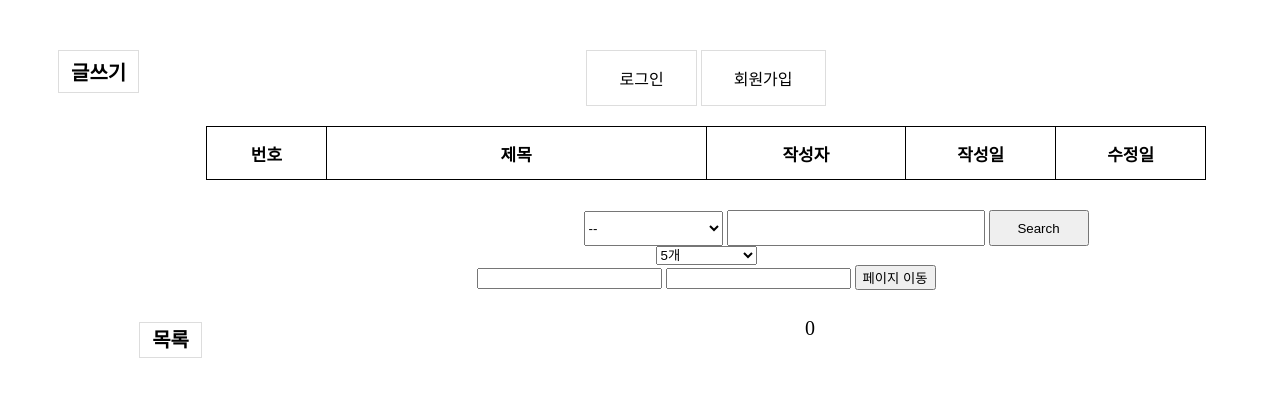
Repository: Shim-YoungDo/gaea-study
Page: http://localhost/study/WEB-INF/views/board/list.jsp
The author's editor kept a copy of each file at every save. The page is drawn from the files as they stood at one save, then again after the next save.
The browser window is 1280 px wide. The pictures show the whole page.
The page is served by Tomcat 9. Nobody is signed in. The template is opened directly, without the code that normally fills it, so the values that code supplies are empty.

Above is the page before, as saved 2021-12-13 07:54:51.

After the next save:
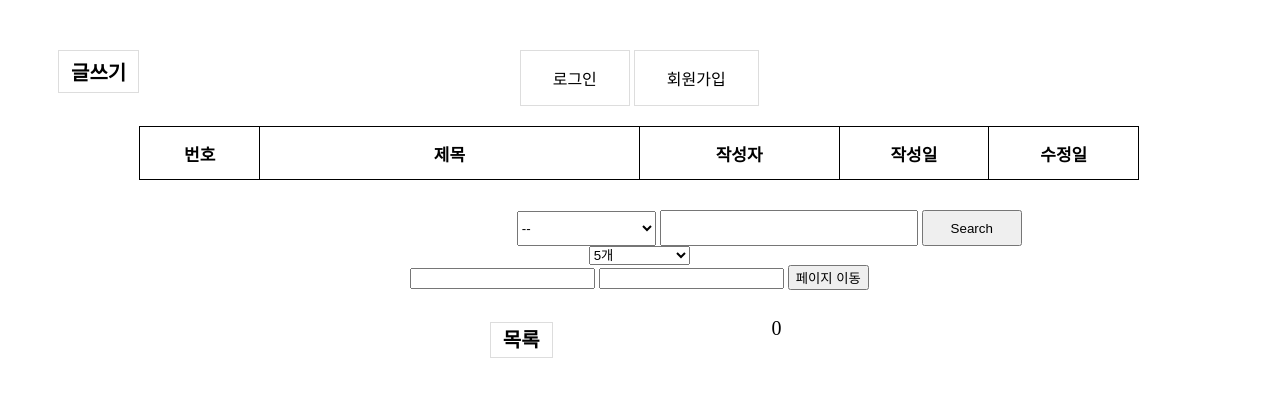
Saved 6 min 23 s later.
--- a/study/src/main/webapp/WEB-INF/views/board/list.jsp
+++ b/study/src/main/webapp/WEB-INF/views/board/list.jsp
@@ -15,7 +15,6 @@
 <body>
 	<div class="table_wrap">
 		<a href="/board/registeView" class="enroll_btn">글쓰기</a>
-		<a href="/board/list" class="list_btn">목록</a>
 		<div class="login_area">
 		<!-- 로그인 x -->
 		<c:if test="${member==null}">
@@ -107,6 +106,7 @@
 
 		<div class="pageInfo_wrap">
 			<div class="pageInfo_area">
+			<a href="/board/list" class="list_btn">목록</a>
 				<ul id="pageInfo" class="pageInfo">
 
 					<!-- 이전페이지 버튼 -->

After the save that followed:
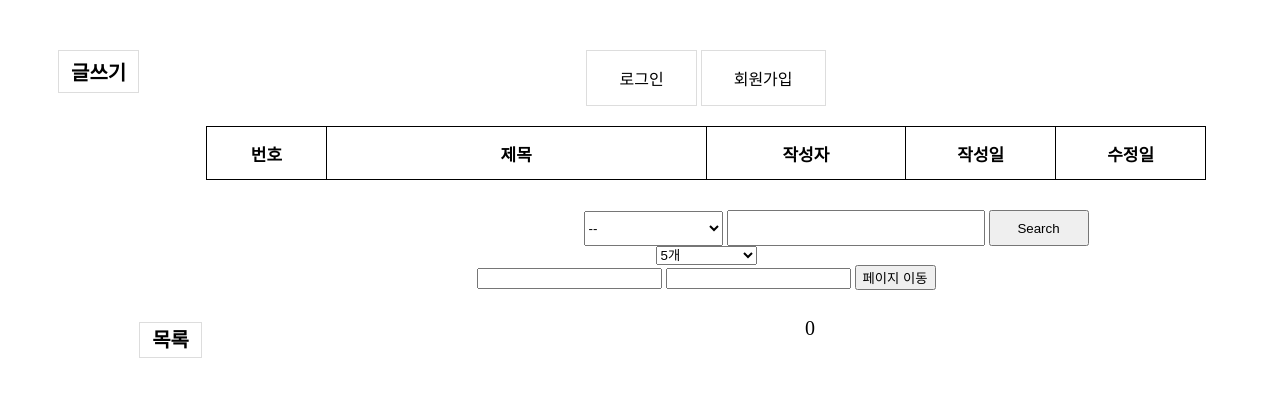
Saved 58 s later.
--- a/study/src/main/webapp/WEB-INF/views/board/list.jsp
+++ b/study/src/main/webapp/WEB-INF/views/board/list.jsp
@@ -15,6 +15,7 @@
 <body>
 	<div class="table_wrap">
 		<a href="/board/registeView" class="enroll_btn">글쓰기</a>
+		<a href="/board/list" class="list_btn">목록</a>
 		<div class="login_area">
 		<!-- 로그인 x -->
 		<c:if test="${member==null}">
@@ -106,7 +107,6 @@
 
 		<div class="pageInfo_wrap">
 			<div class="pageInfo_area">
-			<a href="/board/list" class="list_btn">목록</a>
 				<ul id="pageInfo" class="pageInfo">
 
 					<!-- 이전페이지 버튼 -->
